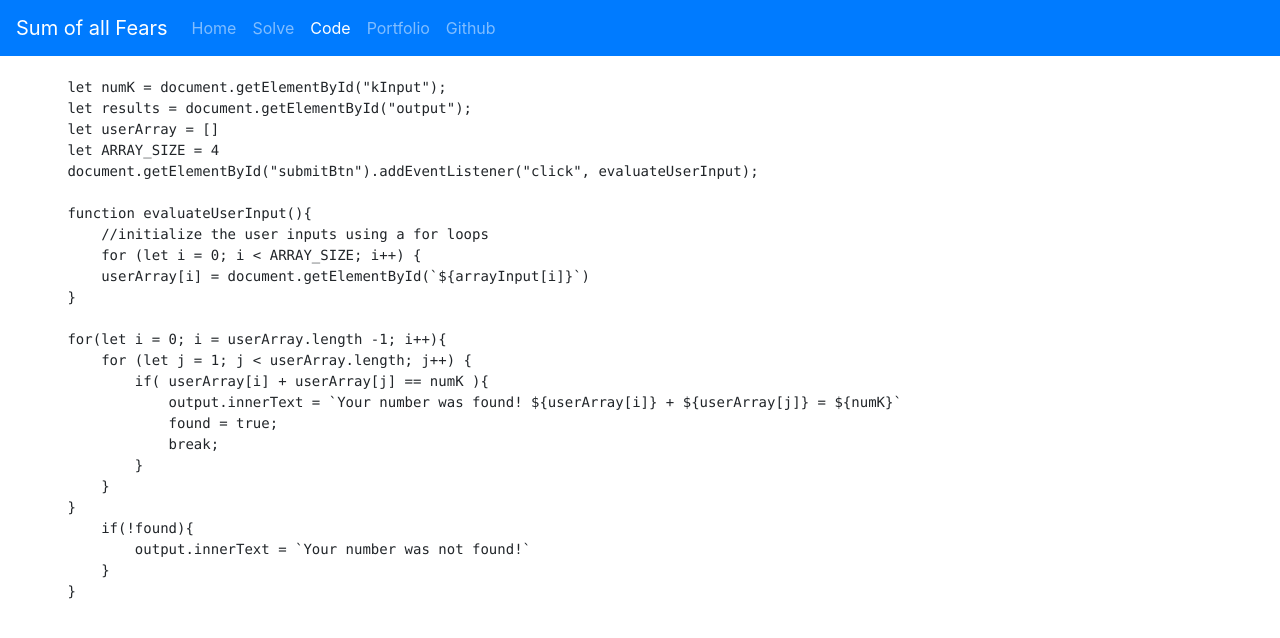
Repository: zhadjah9559/BrainBufferOverflow
Page: code.html
An editor plug-in stored every save of this project. The page is shown before and after a run of saves, followed by the edit.
The browser window is 1280 px wide. The pictures show the whole page.

Above is the page before, as saved 2021-01-18 00:54:45.

After the next 2 saves:
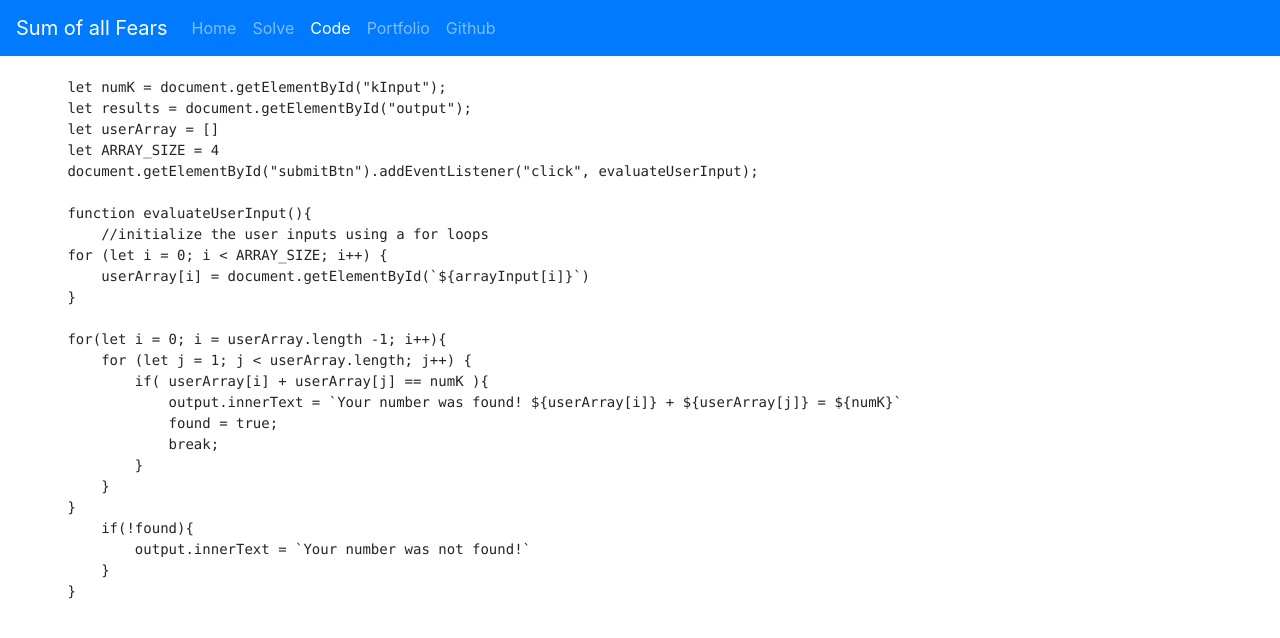
The 2 saves are shown as one change because they came seconds apart.
The last was saved 21 s later.
--- a/code.html
+++ b/code.html
@@ -47,7 +47,7 @@
 
         function evaluateUserInput(){
             //initialize the user inputs using a for loops
-            for (let i = 0; i < ARRAY_SIZE; i++) {
+        for (let i = 0; i < ARRAY_SIZE; i++) {
             userArray[i] = document.getElementById(`${arrayInput[i]}`)
         }
 
